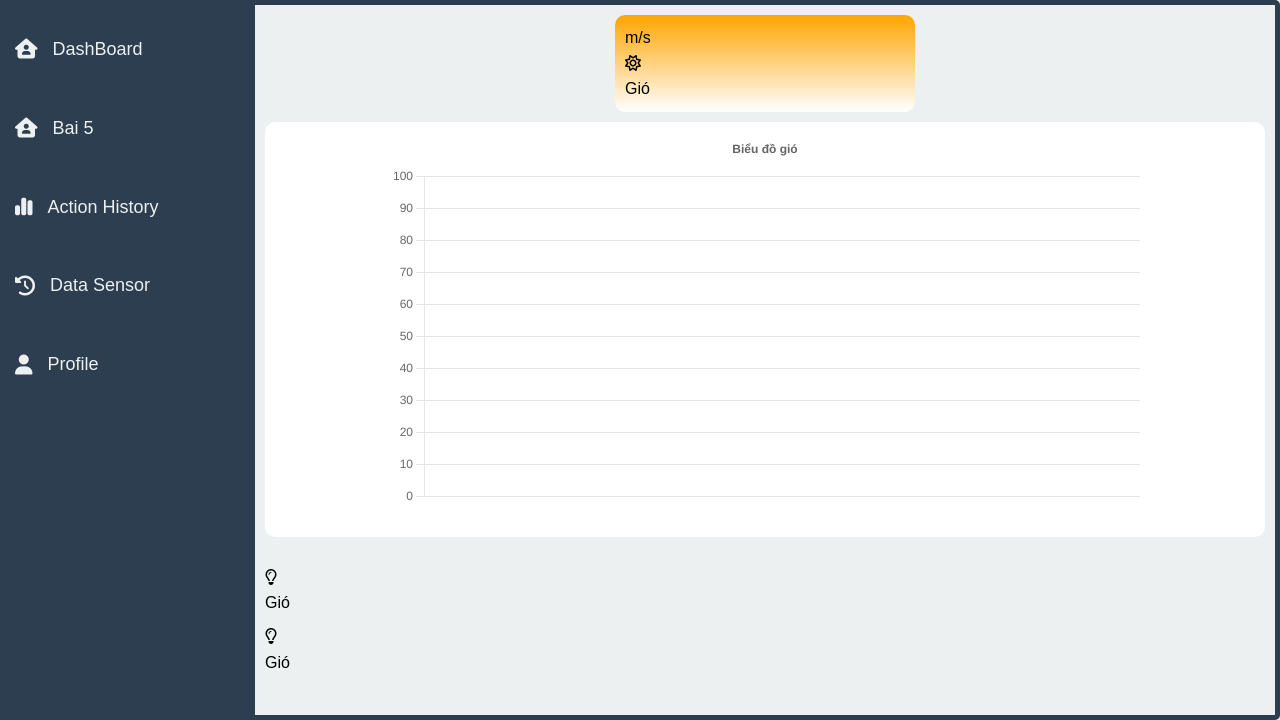
Repository: duongnoob23/duyyyy
Page: /bai5 (app in iot/)
An editor plug-in stored every save of this project. The page is shown before and after the next save, followed by the edit.
The browser window is 1280 px wide. The pictures show the whole page.
The page's requests for data from a server got no answer. Some web libraries are served in a nearby version. The project was rebuilt for these pictures with package versions that can differ from the ones it lists, and the page was loaded fresh each time. No one was signed in, and anything a server would have sent is missing. Also part of the build but not shown: iot/src/App.css, iot/src/Components/Doughnut/GaugeChart.js, iot/src/Components/LineChart/LineChartECharts.js, iot/src/Pages/Home/Home.js, iot/src/Pages/DataLogs/DataLogs.js, iot/src/Pages/Profile/Profile.css, iot/src/Pages/Profile/Profile.js, iot/src/Pages/Action/Action.js and 1 more.

Above is the page before, as saved 2024-12-02 21:09:38.

### iot/public/index.html
<!DOCTYPE html>
<html lang="en">
  <head>
    <meta charset="utf-8" />
    <link rel="icon" href="%PUBLIC_URL%/favicon.ico" />
    <meta name="viewport" content="width=device-width, initial-scale=1" />
    <meta name="theme-color" content="#000000" />
    <meta
      name="description"
      content="Web site created using create-react-app"
    />
    <link rel="apple-touch-icon" href="%PUBLIC_URL%/logo192.png" />
    <!--
      manifest.json provides metadata used when your web app is installed on a
      user's mobile device or desktop. See https://developers.google.com/web/fundamentals/web-app-manifest/
    -->
    <link rel="manifest" href="%PUBLIC_URL%/manifest.json" />
    <!--
      Notice the use of %PUBLIC_URL% in the tags above.
      It will be replaced with the URL of the `public` folder during the build.
      Only files inside the `public` folder can be referenced from the HTML.

      Unlike "/favicon.ico" or "favicon.ico", "%PUBLIC_URL%/favicon.ico" will
      work correctly both with client-side routing and a non-root public URL.
      Learn how to configure a non-root public URL by running `npm run build`.
    -->
    <link rel="stylesheet" href="https://cdnjs.cloudflare.com/ajax/libs/font-awesome/6.6.0/css/all.min.css" integrity="sha512-Kc323vGBEqzTmouAECnVceyQqyqdsSiqLQISBL29aUW4U/M7pSPA/gEUZQqv1cwx4OnYxTxve5UMg5GT6L4JJg==" crossorigin="anonymous" referrerpolicy="no-referrer" />
    <title>React App</title>
    <script src="https://code.highcharts.com/highcharts.js"></script>
  </head>
  <body>
    <noscript>You need to enable JavaScript to run this app.</noscript>
    <div id="root"></div>
    <!--
      This HTML file is a template.
      If you open it directly in the browser, you will see an empty page.

      You can add webfonts, meta tags, or analytics to this file.
      The build step will place the bundled scripts into the <body> tag.

      To begin the development, run `npm start` or `yarn start`.
      To create a production bundle, use `npm run build` or `yarn build`.
    -->
  </body>
</html>

### iot/src/index.js
import React from 'react';
import { DatePicker } from 'antd';
import ReactDOM from 'react-dom/client';
import './index.css';
import App from './App';
import reportWebVitals from './reportWebVitals';
import { BrowserRouter } from 'react-router-dom';


const root = ReactDOM.createRoot(document.getElementById('root'));
root.render(
  // <React.StrictMode>
  <BrowserRouter>
    <App />
  </BrowserRouter>

  // </React.StrictMode>
);


reportWebVitals();

### iot/src/index.css
body {
  margin: 0;
  font-family: -apple-system, BlinkMacSystemFont, 'Segoe UI', 'Roboto', 'Oxygen',
    'Ubuntu', 'Cantarell', 'Fira Sans', 'Droid Sans', 'Helvetica Neue',
    sans-serif;
  -webkit-font-smoothing: antialiased;
  -moz-osx-font-smoothing: grayscale;
}

code {
  font-family: source-code-pro, Menlo, Monaco, Consolas, 'Courier New',
    monospace;
}

*{
  box-sizing: border-box;
  font-family: Arial, Helvetica, sans-serif;
}

html{
  font-size: 62.5%;
}

ul,li{
  list-style-type: none;
  margin: 0;
  padding:0;
}
a{
  text-decoration: none;
}

body{
  margin: 0;
  padding: 0;

}

### iot/src/App.js
// import logo from './logo.svg';
import './App.css';
import Layout from './Components/Layout/Layout';
import { Routes,Route} from 'react-router-dom';
import Home from './Pages/Home/Home';
import DataLogs from './Pages/DataLogs/DataLogs';
import Profile from './Pages/Profile/Profile';
import Action from './Pages/Action/Action';
import Bai5 from './Pages/Bai5/Bai5';
function App() {
  return (
    <>

      <Routes>
          <Route path="/" element = {<Layout/>}>
            <Route path='home' element={<Home/>}/>
            <Route path='bai5' element={<Bai5 />}/>
            <Route path='datalogs' element={<DataLogs/>}/>
            <Route path='profile' element={<Profile/>}/>
            <Route path='action' element={<Action/>}/>
          </Route>
      </Routes>
    </>
  );
}

export default App;

### iot/src/Components/Layout/Layout.js
import './Layout.css'
import { Link, Outlet, } from "react-router-dom";
// import { useState } from "react";

function Layout(){

    return (
        <>

        <div className="dashBoard">
        <div className="sideBar">
            <ul className="sideBar-list">
                <li className="sideBar-item">
                    {/* <a  href="#" className="sideBar-icon">
                        <i className="fa-solid fa-house-user">
                        </i>
                        <span className='sideBar-text'>DashBoard</span>
                    </a> */}
                    <Link className='sideBar-icon' to={"/home"}>
                        <i className="fa-solid fa-house-user">
                        </i>
                        <span className='sideBar-text'>DashBoard</span>
                    </Link>
                </li>
                <li className="sideBar-item">
                    <Link className='sideBar-icon' to={"/bai5"}>
                        <i className="fa-solid fa-house-user">
                        </i>
                        <span className='sideBar-text'>Bai 5</span>
                    </Link>
                </li>
                <li className="sideBar-item">
                <Link  className="sideBar-icon" to={"/action"}>
                    <i className="fa-solid fa-chart-simple"></i>
                        <span className='sideBar-text'>Action History</span>
                    </Link>
                </li>
                <li className="sideBar-item">
                    <Link className="sideBar-icon" to={"/datalogs"} >
                    <i className="fa-solid fa-clock-rotate-left"></i>
                        <span className='sideBar-text'> Data Sensor</span>
                    </Link>
                </li>
                <li className="sideBar-item">

                    <Link className="sideBar-icon" to={"/profile"}>
                        <i className="fa-solid fa-user"></i>
                        <span className='sideBar-text'>Profile</span>
                    </Link>
                </li>
            </ul>
        </div>
        <div className="sideMain">
            <Outlet/>
        </div>
    </div>
        </>
    )
}

export default Layout;

### iot/src/Components/Layout/Layout.css


/* Reset default padding and margins */
* {
    margin: 0;
    padding: 0;
    box-sizing: border-box;
}

/* DashBoard container */
.dashBoard {
    display: flex;
    height : 100vh;
    font-family: 'Roboto', sans-serif;
}

/* SideBar styling */
.sideBar {
    width: 250px;
    background-color: #2c3e50;
    padding: 20px 0;
    position: fixed;
    height: 100%;
    transition: all 0.3s ease;
}

.sideBar-list {
    list-style: none;
    padding-left: 0;
}

.sideBar-item {
    margin-bottom: 20px;
}

.sideBar-icon {
    display: flex;
    align-items: center;
    padding: 15px;
    color: #ecf0f1;
    text-decoration: none;
    transition: background 0.3s ease, color 0.3s ease;
}

.sideBar-icon i {
    margin-right: 15px;
    font-size: 20px;
}

/* Hover effect for sidebar items */
.sideBar-icon:hover {
    background-color: #34495e;
    color: #1abc9c;
    cursor: pointer;
    padding-left: 25px; /* Add a slide effect */
    transition: all 0.3s ease;
}

.sideBar-text {
    font-size: 18px;
}

/* Active link effect */
.sideBar-icon.active {
    background-color: #1abc9c;
    color: #fff;
    border-radius: 8px;
    transition: all 0.3s ease;
}

/* SideMain styling */
.sideMain {
    margin-left: 250px;
    background-color: #ecf0f1;
    flex-grow: 1;
}

/* Responsive Design */
@media screen and (max-width: 768px) {
    .sideBar {
        width: 200px;
    }

    .sideBar-icon {
        padding: 10px;
    }

    .sideMain {
        margin-left: 200px;
        padding: 20px;
    }
}

@media screen and (max-width: 576px) {
    .sideBar {
        width: 60px;
    }

    .sideBar-icon i {
        margin-right: 0;
        text-align: center;
        flex: 1;
    }

    .sideBar-text {
        display: none;
    }

    .sideMain {
        margin-left: 60px;
        padding: 10px;
    }
}

### iot/src/Pages/Home/Home.css
/* General Styling */
.main {
    display: flex;
    flex-direction: column;
    height : 100%; /* Chiếm toàn bộ chiều cao của màn hình */

    box-sizing: border-box; /* Đảm bảo padding không làm thay đổi kích thước */
}

.section {
  width: 100%;
  height : 100%;
}



.section-one{
    width: 100vh;
    height : 100%;
    display: flex;
    flex-direction: row;

}

.left{
  width: 75%;
}

.right{
  width: 25%;
}

.sensor{
    height: 30%;
}


.sensor-list {
    height: 100%;
    display: flex;
    list-style-type: none;
    padding: 0;
    margin: 0;
    justify-content: space-between; /* Rải đều các phần tử trong container */
    width: 100%; /* Chiếm toàn bộ chiều rộng của màn hình */
}

.sensor-item {
    flex: 1; /* Các phần tử sẽ tự động chiếm đều không gian */
    /* padding: 5px; */
    background-color: #ffffff;
    border-radius: 12px;
    box-shadow: 0 4px 12px rgba(0, 0, 0, 0.1);
    display: flex;
    flex-direction: column;
    align-items: center;
    text-align: center;
    margin: 10px;
    min-width: 50px; /* Đảm bảo các phần tử không quá nhỏ */
}
  .sensor-item .sensor-digit {
    font-size: 1.2em;
    font-weight: bold;
    margin-bottom: 5px;
    color: #333;
  }

  .sensor-item:nth-child(2){
    /* margin:10px 20px; */
  }

  .sensor-bar {
    width: 100%;
    height: 100px;
    background-color: #e0e0e0;
    border-radius: 8px;
    position: relative;
    overflow: hidden;
    margin: 10px 0;
  }

  .sensor-fill {
    position: absolute;
    bottom: 0;
    width: 100%;
    border-radius: 8px;
  }

  .sensor-item.light .sensor-fill {
    background-color: #ffb74d; /* Soft orange for light */
  }

  .sensor-item.temperature .sensor-fill {
    background-color: #ef5350; /* Soft red for temperature */
  }

  .sensor-item.humidity .sensor-fill {
    background-color: #42a5f5; /* Soft blue for humidity */
  }

  .label {
    font-size: 0.9em;
    font-weight: 600;
    color: #777;
  }
  /* Chart Section */
  .chart {
    height: 70%;
    width: 100%;
    /* margin-top: 20px; */
    /* margin: 15px; */
    padding: 0;
  }
.styleChart{
  aspect-ratio: 7/3;
}
  /* Electric Section */
  .electric {
    width: 100%;
    margin-top: 5px;
  }

  .electric-list {
    list-style: none;
    padding: 0;
    margin: 0;
    display: flex;
    flex-direction: column;
    justify-content: space-around;
    gap: 15px;
  }

  .electric-item {
    /* flex: 1; */
    text-align: center;
    padding: 20px;
    background-color: #f9f9f9;
    border-radius: 10px;
    box-shadow: 0px 4px 10px rgba(0, 0, 0, 0.1);
    transition: transform 0.3s ease, box-shadow 0.3s ease;
    width: 300px;
  }




  .electric-box {
    position: relative;
    margin-bottom: 10px;
  }

  .electric-input {
    display: none;
  }

  .electric-label {
    display: block;
    width: 60px;
    height: 30px;
    background-color: #ddd;
    border-radius: 15px;
    position: relative;
    cursor: pointer;
    transition: background-color 0.3s;
  }



  .electric-input:checked + .electric-label {
    background-color: #4caf50;
  }

  .electric-input:checked + .electric-label:before {
    left: 31px;
  }

  .on-off {
    font-weight: bold;
    margin-top: 8px;
    font-size: 16px;
  }

  .electric-item i {
    font-size: 36px;
    color: #4caf50;
  }

  .electric-item .light-icon,
  .electric-item .temp-icon,
  .electric-item .air-icon {
    color: #aaa;
  }

/* css button  */

### iot/src/Components/Helper/URL.js
export const URL = "http://localhost:3001";

### iot/src/Pages/DataLogs/DataLogs.css
*{
    box-sizing: border-box;
}
.table {
    width: 90%;
    border-collapse: collapse;
    margin: 10px;
    border-radius:10px;
    overflow: hidden;
}

.data{
    border:5px solid #2c3e50;
    border-radius: 0 5px 5px 0;
    height: 100%;
}

.table__body{
    border-radius: 10px;
    border: 2px solid #2c3e50;
}

.table__head{
    border: 2px solid #2c3e50;
}
th, td {
    padding: 10px;
    text-align: center;
    border-bottom: 1px solid #ddd;
}
th {
    background-color: #2c3e50;
    color: white;
}

.table-row__body{
    transition: all 0.1s linear;

}
.table-row__body:nth-child(even){
    background-color: #eee;

}
.table-row__body:hover{
    background-color: #2c3e50;
    color: #F4C427;

}

.table-row__body:active{
    background-color: #2c3e50;
    color: #F4C427;
}
.data__title{
    margin-left: 10px;
    font-size: 20px;
    font-weight: bold;
}

.data__sort{
    margin-left: 10px;
    font-size: 15px;
    font-weight: bold;
    margin-bottom: 10px;

}

.data__in{
    border-radius: 10px;
    border: 2px solid #7A40F2;
    margin: 10px;
}

### iot/src/Pages/Action/Action.css
* {
    box-sizing: border-box;
    font-family: 'Arial', sans-serif; /* Change this to your preferred font */
    font-size: 16px; /* Default font size */
    line-height: 1.6; /* Controls line spacing */
}


.action {
    border: 5px solid #2c3e50;
    border-radius: 0 5px 5px 0;
    height: 100vh; /* Full viewport height */
    display: flex;
    flex-direction: column;
    justify-content: space-between; /* Distribute space evenly */
}

.action-title {
    margin-left: 10px;
    font-size: 24px;
    font-weight: bold;
    margin-bottom: 20px;
}

.option {
    display: flex;
    align-items: center;
    margin-bottom: 20px;
}

.search {
    margin-left: 20px;
    display: flex;
    align-items: center;
}

.search__input {
    padding: 8px 15px;
    border-radius: 8px;
    outline: none;
    border: 1px solid #2c3e50;
    margin-right: 5px;
    font-size: 16px;
}

.search__icon {
    cursor: pointer;
    font-size: 20px;
    color: #2c3e50;
}

.select, .select2 {
    margin-left: auto;
    padding: 0 10px;
}

.select__list {
    padding: 8px 12px;
    border-radius: 8px;
    border: 1px solid #2c3e50;
    outline: none;
    font-size: 16px;
}

/* Table container to control overflow */
.table__container {
    flex-grow: 1;
    overflow-y: auto;
    border-radius: 10px;
    margin: 0 20px;
    padding-bottom: 20px;
}

.table {
    width: 100%;
    border-collapse: collapse;
}

.table__head {
    background-color: #2c3e50;
    color: white;
    border-radius: 10px 10px 0 0;
}

.table-row__head th, .table-row__body td {
    padding: 10px;
    text-align: center;
}

.table-row__body:nth-child(even) {
    background-color: #f7f7f7;
}

.table-row__body:hover {
    background-color: #2c3e50;
    color: #F4C427;
}

/* Maintain height to ensure 10 rows fill the page */
.table-row__body {
    height: 40px; /* Adjust this based on design preferences */
    transition: background-color 0.3s;
}

.table__body {
    border-radius: 0 0 10px 10px;
}

.pagination {
    margin-right: 20px;
    padding: 10px 0;
    text-align: right;
}

.pagi__list {
    display: flex;
    justify-content: flex-end;
    align-items: center;
    font-size: 16px;
}

.pagi__item {
    margin: 0 5px;
    cursor: pointer;
    padding: 5px 10px;
    border: 1px solid #3498db;
    border-radius: 5px;
    transition: background-color 0.3s;
}

.pagi__next, .pagi__pre {
    color: #3498db;
}

.pagi__cur {
    font-weight: bold;
    color: #fff;
    background-color: #15181b;
    border-radius: 5px;
    padding: 5px 10px;
}

/* Ensure last row visibility */
.table__container::-webkit-scrollbar {
    width: 6px;
}

.table__container::-webkit-scrollbar-thumb {
    background-color: #121518;
    border-radius: 10px;
}

### iot/src/Pages/Bai5/Bai5.css
.main{
    width: 100%;
    padding:10px;
    height: 100%;
    border:5px solid #2c3e50;
    border-radius: 0 5px 5px 0;
}


.section{
}

.section .section-two{
    width: 100%;
    display: flex;
    flex-direction: column;
}



.electric{
    background-color: white;
    /* padding:10px; */
    border-radius: 15px;
    /* margin-bottom: 15px; */
}

.electric-list{
    display: flex;
    justify-content: center;
    align-items: center;
    margin-left: -20px;
    height: 100%;
}

.electric-item{
    width: 80%;
    height: calc(100% / 3 - 10px);
    margin-left: 20px;
    /* background-color: white; */
    border-radius: 10px;
    padding: 10px;
    box-shadow: rgba(0, 0, 0, 0.35) 0px 5px 15px;
    color:#2c3e50;
    display: flex;
    flex-direction: column;
    justify-content: space-between;
    font-size: 15px;
    transition: all 0.25s linear;
    position: relative;
    /* cursor: pointer; */
}

/* .electric-item:hover{
    background-color: #2c3e50;
    color: white;
    box-shadow: #2c3e50 3px 3px 9px 0px;
} */

.electric-item i{
    font-size: 40px;
}

.electric-item .on-off{
    font-size: 20px;
    color: black;
    margin-top: 0;
}

.electric-item:hover .on-off{
    /* color:white; */
}

.electric-input{
    display: none;
}

.electric-input:checked + .electric-label{
    background-color: #2c3e50;
    box-shadow: white 0px 5px 15px;
}

.electric-input:checked + .electric-label:after{
    background-color: white;
    transform: translateX(17px);
}
.electric-input:checked .temperature{
    color: #2c3e50;
}


.electric-label{
    position: absolute;
    top:20px;
    right: 20px;
    width: 36px;
    height: 20px;
    border-radius: 20px;
    background-color: #F5F5F5;
    transition: all 0.25s linear;
    cursor: pointer;
}

.electric-label:after{
    cursor: pointer;
    content: "";
    position:  absolute;
    top:1px;
    left: 1px;
    width: 18px;
    height: 18px;
    border-radius: 50%;
    background-color: white;
    transition: all 0.25s linear;
    box-shadow: rgba(0, 0, 0, 0.35) 0px 5px 15px;
}

.electric-item .electric-light{
    display: inline-block;
    font-size: 40px;
    color: black;
    transition: all 0.4s linear;
    display: flex;
    justify-content: center;
    align-items: center;
}
.electric-item .electric-light.show{
    color: yellow;
    /* box-shadow: 0 0 3px 3px yellow; */
    filter: drop-shadow(0 0 10px rgba(255, 255, 0, 0.8)) drop-shadow(0 0 20px rgba(255, 255, 0, 0.642));
}

.electric-item .electric-air{
    display: flex;
    justify-content: center;
    align-items: center;
    color:black;
}

.electric-item .electric-air.show{
    content: "";
    animation:spin 2s linear infinite;
    color:#3acbe9;
    transition: all 0.4s linear;
}

.electric-item .electric-temperature{
    display: flex;
    justify-content: center;
    align-items: center;
    color:black;
}

.electric-item .electric-temperature.show{
    /* color: linear-gradient(to top,red ,yellow ); */
    background-image: linear-gradient(to top,red,yellow);
    color:transparent;
    background-clip: text;
    transition: all 0.4s linear;
}

@keyframes spin {
    to{
        transform: rotate(720deg);
    }
  }

.meter{
    background-color: white;
    padding:10px;
    border-radius: 15px;
    margin-bottom: 5px;
}

.meter-list{
    display: flex;
    justify-content: center;
    align-items: center;
    margin-left: -20px;
}

.meter-item{
    width: calc(100% / 3 - 20px);
    height: 120px;
    margin-left: 20px;
    /* background-color: white; */
    border-radius: 10px;
    padding: 10px;
    box-shadow: rgba(0, 0, 0, 0.35) 0px 5px 15px;
    color:black;
    display: flex;
    flex-direction: column;
    justify-content: space-between;
    font-size: 18px;
    transition: all 0.25s linear;
    position: relative;
}
.meter-item:first-child{
    /* background-image: linear-gradient(to bottom,#F4C427,white); */
    background-color: #f4c427;
    }



.meter-item:last-child{
    /* background-image: linear-gradient(to bottom,#3ACBE9,white); */
    background-color: #3acbe9;
}

.meter-item:nth-child(2){
    /* background-image: linear-gradient(to bottom,#FF9060,white); */
    background-color: #FF9060;
}

.meter-digit
{
    text-align: start;
    font-size: 24px;
    font-weight: white;
}

.chart{
    width: 100%;
    height: 40%;
    border-radius: 10px;
    background-color: white;
    padding:10px;
    margin-bottom: 20px;
}



.blink {
    background-color: yellow;
    animation: blink 1s infinite;
  }

  @keyframes blink {
    0%, 100% {
      background-color: yellow;
    }
    50% {
      background-color: transparent;
    }
  }


.bai5{
    margin: 0 auto;
    width: 300px;
    height: 30%;
    margin-bottom: 10px;
    border-radius: 10px;
    overflow: hidden;
}

.bai5 .bai5-item{
    padding: 10px;
}
.control{
    width: 100%;
    height: 30%;
}

### iot/src/Components/LineChart/LineChartFix.js
import React, { useEffect,useState } from 'react';
import { Line } from 'react-chartjs-2';
import { Chart as ChartJS, CategoryScale, LinearScale, PointElement, LineElement, Title, Tooltip, Legend } from 'chart.js';
import {URL} from '../Helper/URL';
ChartJS.register(CategoryScale, LinearScale, PointElement, LineElement, Title, Tooltip, Legend);



const LineChartFix = ({onDataUpdate}) => {


  const [dataChart,setDataChart] = useState({
    labels:[],
    datasets:[],
  })
  // console.log(onDataUpdate);
  const fetchApi = () => {
    fetch(URL + `/windspeed`)
      .then(res => res.json())
      .then(data => {
        if (data) {
          console.log(data);

          // Adding index (increasing order) to the data
          let indexedData = data.results.map((item, index) => ({
            ...item,
            index: index + 1 // Adding index starting from 1
          }));

          // Extract time, temperature, humidity, and light values
          let time = indexedData.map(item => item.time);
          let temperature = indexedData.map(item => item.temperature);
          let humidity = indexedData.map(item => item.humidity);
          let light = indexedData.map(item => item.light / 10);
          let windspeed = indexedData.map(item => item.light/10 + 13);
          setDataChart({
            labels: time,
            datasets: [
              {
                label: 'Tốc độ gió ',
                data: windspeed,
                borderColor: 'rgba(255, 206, 86, 1)',
                backgroundColor: 'rgba(255, 206, 86, 0.2)',
                tension: 0.4,
              },
            ],
          });

          const option = {
            windspeed: windspeed[windspeed.length - 1 ],
          };

          onDataUpdate(option);
        }
      });
  };

  useEffect(() => {
    fetchApi(); // Lần gọi đầu tiên ngay khi component mount

    // const interval = setInterval(() => {
    //   fetchApi(); // Gọi API mỗi 5 giây (5000ms)
    // }, 5000);

    // return () => clearInterval(interval); // Dọn dẹp interval khi component unmount
  }, []);


  const options = {
    responsive: true,
    plugins: {
      legend: {
        position: 'top',
      },
      title: {
        display: true,
        text: 'Biểu đồ gió',
      },
    },
    scales: {
      y: {
        beginAtZero: true,
        max: 100, // Đặt giá trị tối đa cho trục y
      },
    },
  };


  return (
    <div style={{ maxWidth: '750px', margin: '0 auto' }}>
      <Line data={dataChart} options={options}  />
    </div>
  );
};

// onDataUpdate={handleDataUpdate}
export default LineChartFix;

Loaded but not shown: iot/src/reportWebVitals.js (common file); iot/src/Pages/Bai5/Bai5.js (119 lines, source omitted)

After the next save:
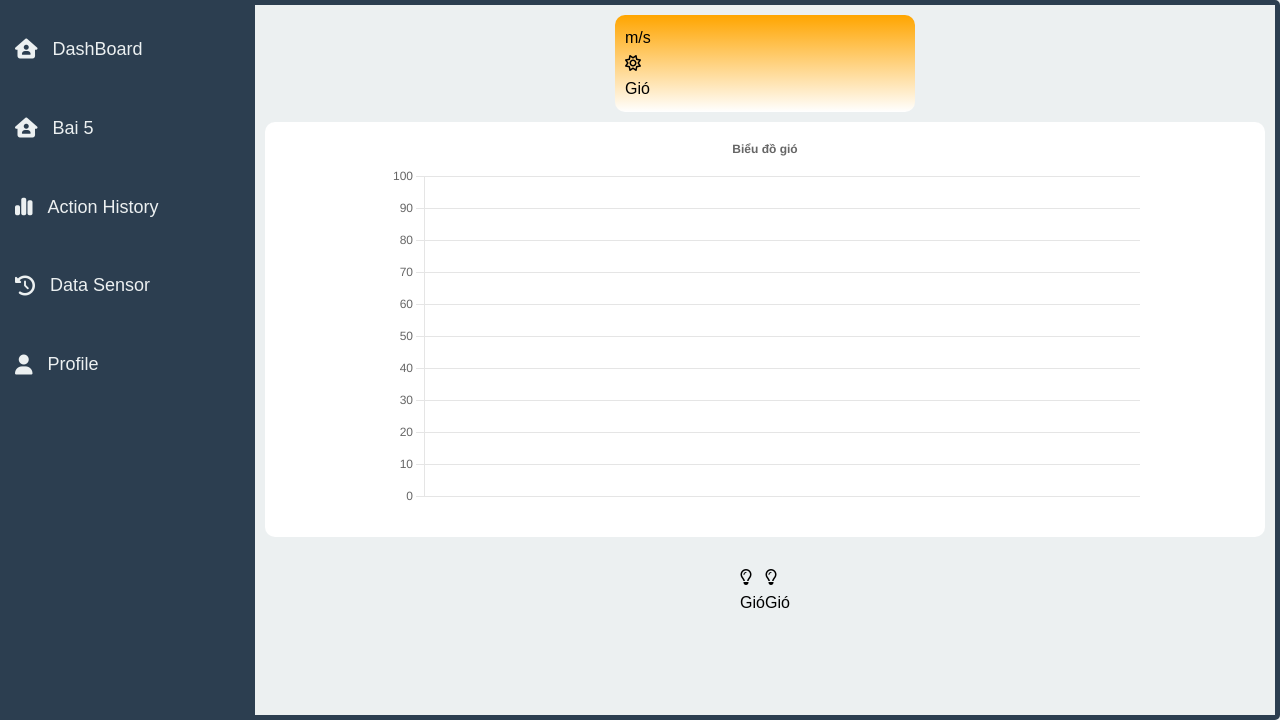
Saved 36 s later.
--- a/iot/src/Pages/Bai5/Bai5.css
+++ b/iot/src/Pages/Bai5/Bai5.css
@@ -261,3 +261,13 @@
     width: 100%;
     height: 30%;
 }
+
+.control-list{
+    display: flex;
+    justify-content: center;
+    align-items: center;
+}
+
+.control-item{
+
+}
